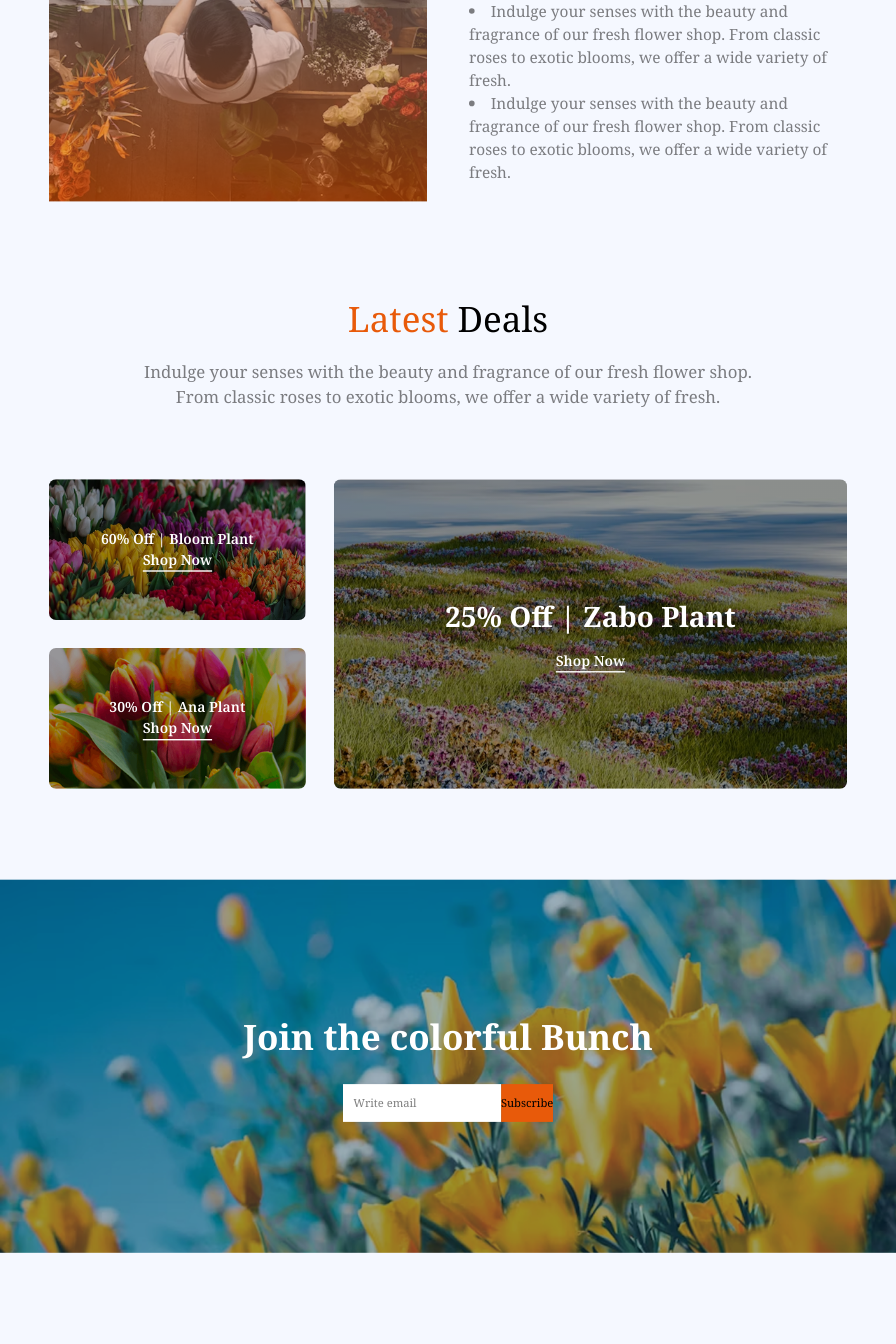
Repository: nahid-hasann/website-7
Page: index.html
These files come from the project's save history. The page is drawn as it stood at one moment and after the next save; the edit follows.
The browser window is 1280 px wide. The pictures show the part of the page from y = 2514 to 4434 px (the page is 4434 px tall), at 70% of full size.
Some web libraries are served in a nearby version.

Above is the page before, as saved 2025-07-24 21:21:56.

After the next save:
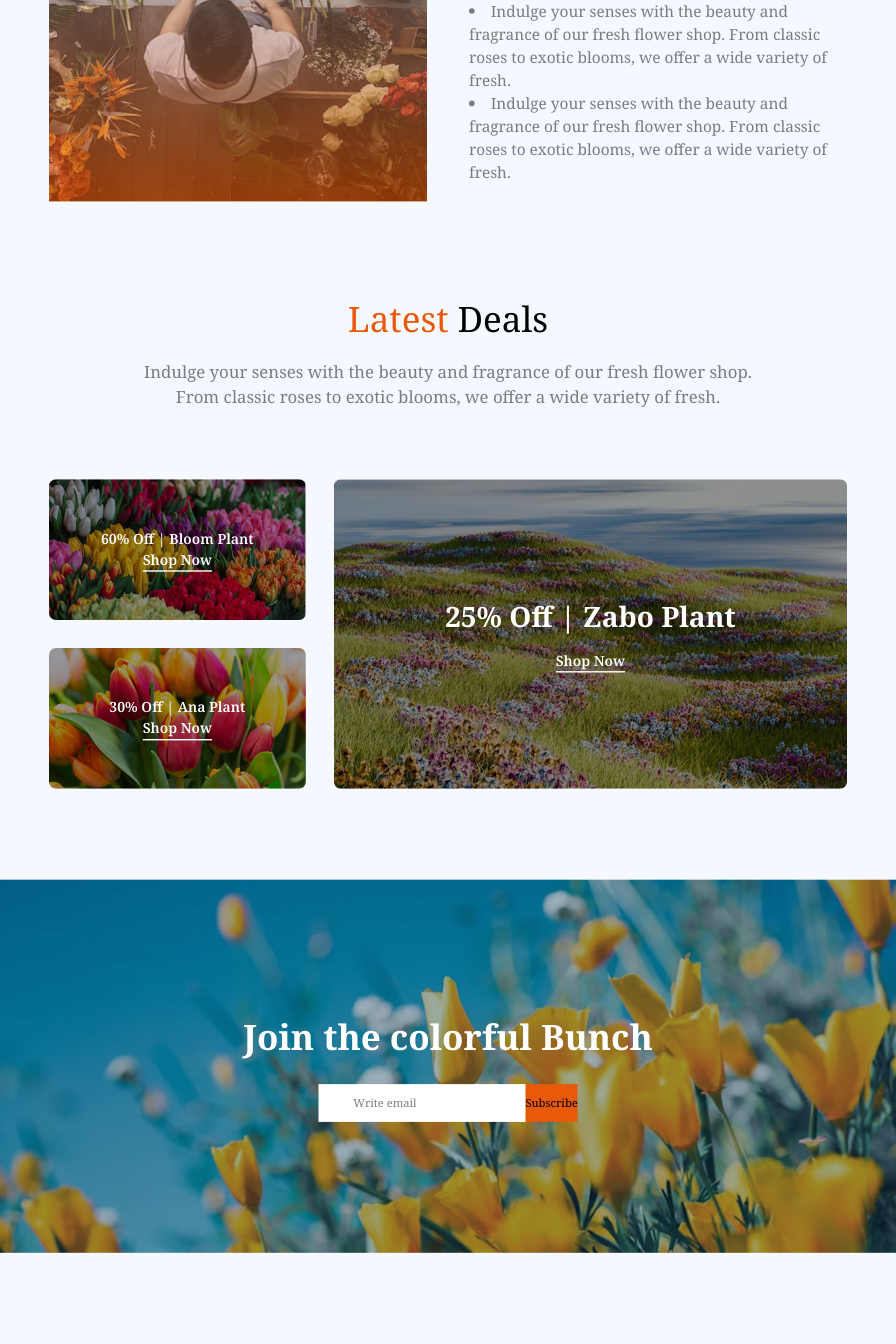
Saved 8 s later.
--- a/style.css
+++ b/style.css
@@ -309,7 +309,7 @@ nav{
 .subscibe input{
     background-color: white;
     width: 80%;
-    padding: 15px ;
+    padding: 15px 50px ;
 }
 
 .btn-2{
